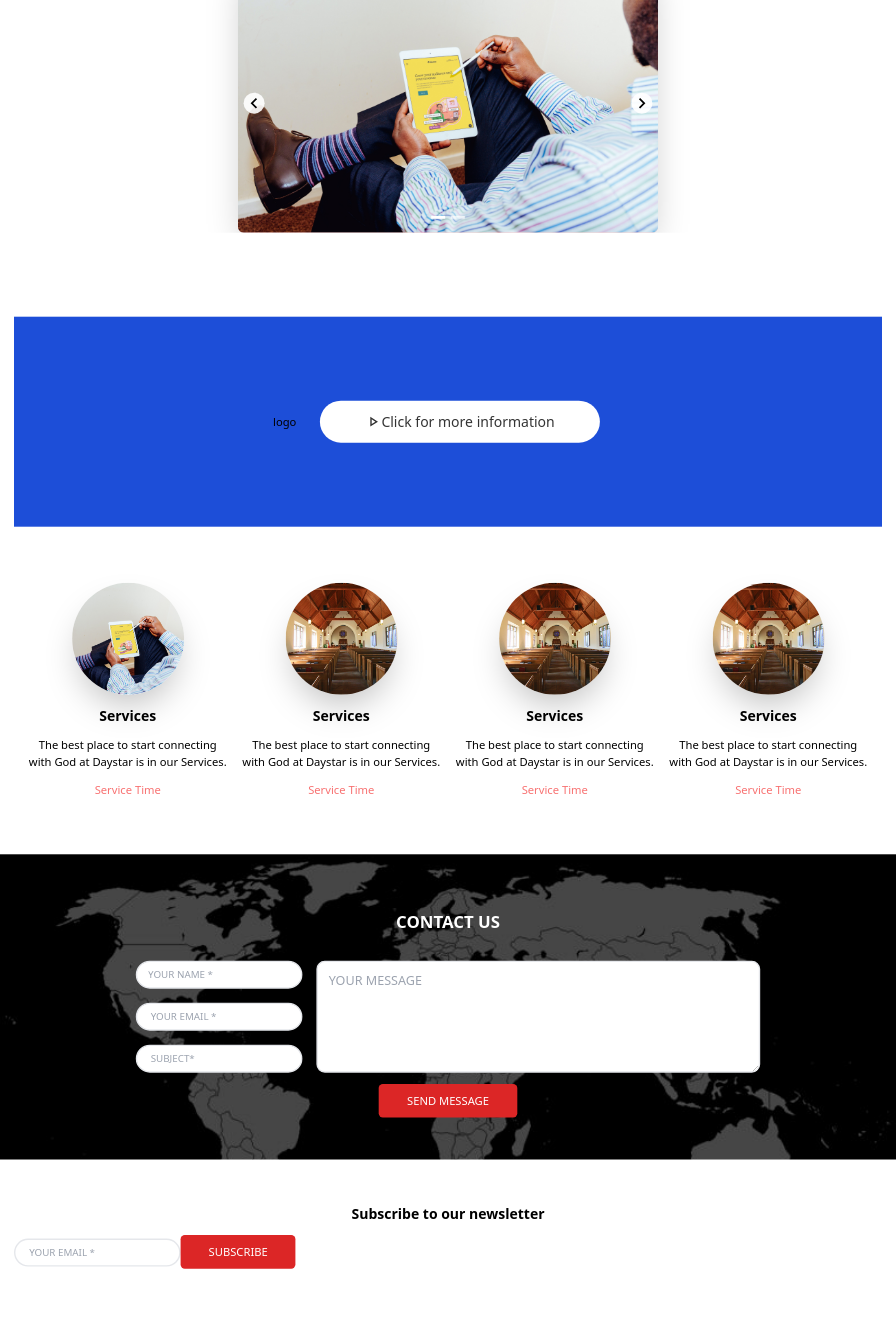
Repository: hisreal123/godschamber
Page: /
The author's editor kept a copy of each file at every save. The page is drawn from the files as they stood at one save, then again after the next save.
The browser window is 1280 px wide. The pictures show the part of the page from y = 1779 to 3699 px (the page is 3675 px tall before and 3699 px after), at 70% of full size.
The project was rebuilt for these pictures with package versions that can differ from the ones it lists, and the page was loaded fresh each time. The framework's server and built-in components were replaced by stand-ins that run in the browser. Also part of the build but not shown: next.config.js.

Above is the page before, as saved 2023-03-31 18:13:41.

After the next save:
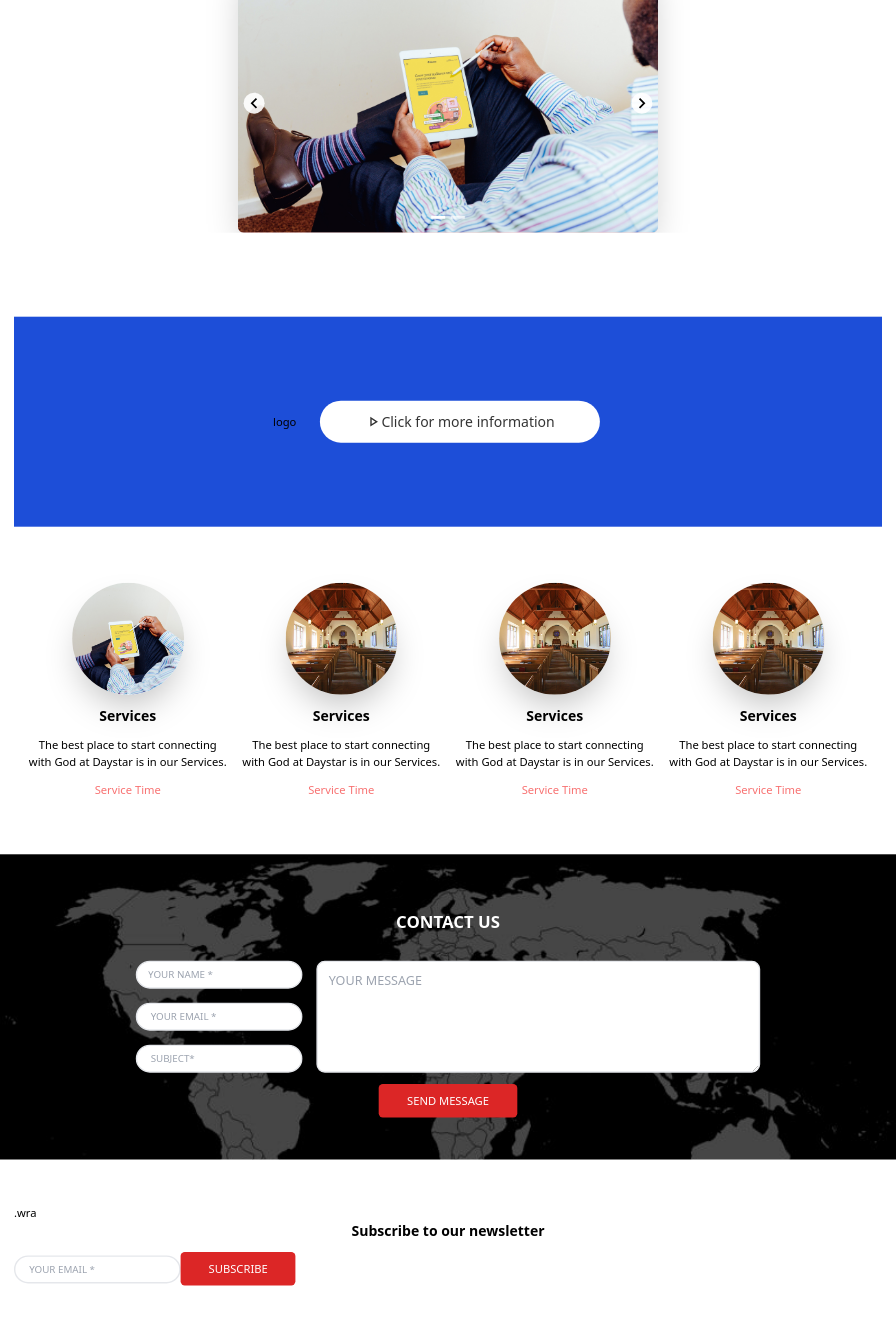
Saved 7 s later.
--- a/src/app/components/Newsletter.tsx
+++ b/src/app/components/Newsletter.tsx
@@ -11,6 +11,7 @@
     return (
         <>
             <section className='py-16 px-5'>
+                .wra
                 <h1 className='text-center font-bold text-3xl lg:text-xl '> Subscribe to our newsletter </h1>
 
                 <form method="post">

After the save that followed:
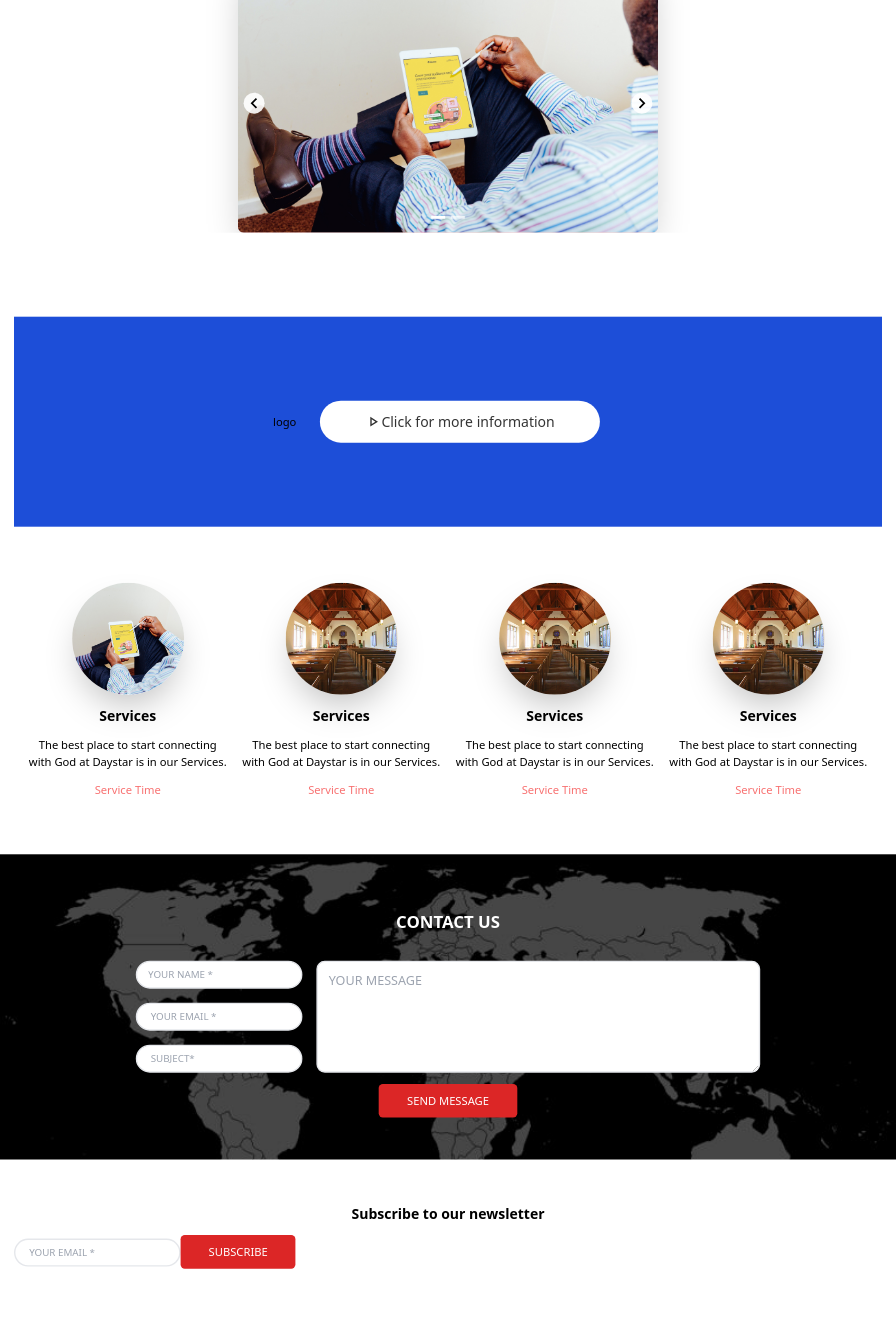
Saved 6 s later.
--- a/src/app/components/Newsletter.tsx
+++ b/src/app/components/Newsletter.tsx
@@ -11,7 +11,9 @@
     return (
         <>
             <section className='py-16 px-5'>
-                .wra
+                <div>
+
+                </div>
                 <h1 className='text-center font-bold text-3xl lg:text-xl '> Subscribe to our newsletter </h1>
 
                 <form method="post">
